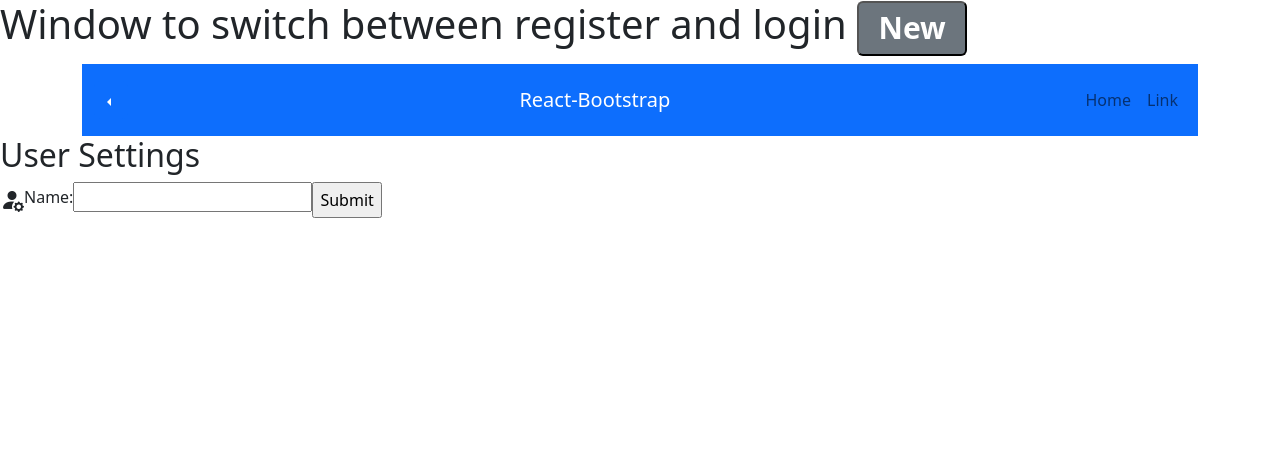
Repository: christenis98/RealWorldApp
Page: / (app in bank-frontend/)
The author's editor kept a copy of each file at every save. The page is drawn from the files as they stood at one save, then again after the next save.
The browser window is 1280 px wide. The pictures show the whole page.
The project was rebuilt for these pictures with package versions that can differ from the ones it lists, and the page was loaded fresh each time. Also part of the build but not shown: bank-frontend/src/App.css.

Above is the page before, as saved 2022-11-24 12:20:07.

After the next save:
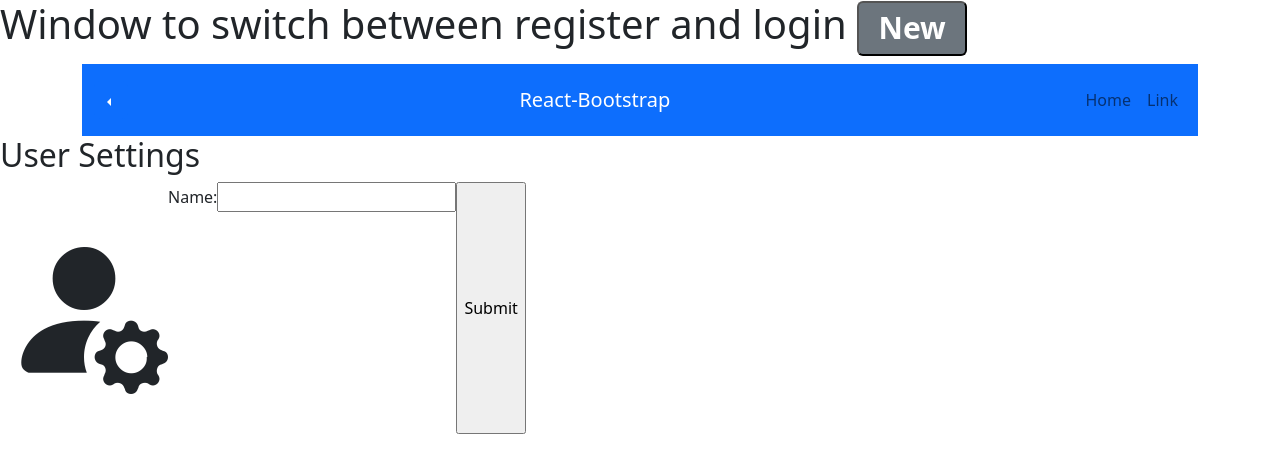
Saved 5 s later.
--- a/bank-frontend/src/js/UserSettings.jsx
+++ b/bank-frontend/src/js/UserSettings.jsx
@@ -5,7 +5,7 @@ function UserSettings() {
         <div class="d-flex flex-column bd-highlight mb-3">
             <h2>User Settings</h2>
             <div class="d-flex flex-row bd-highlight mb-3">
-                <i class="bi bi-person-fill-gear" style={{fontSize: "150%"}}></i>
+                <i class="bi bi-person-fill-gear" style={{fontSize: "1050%"}}></i>
                 <label>
                     Name:
                     <input type="text" name="name" />
